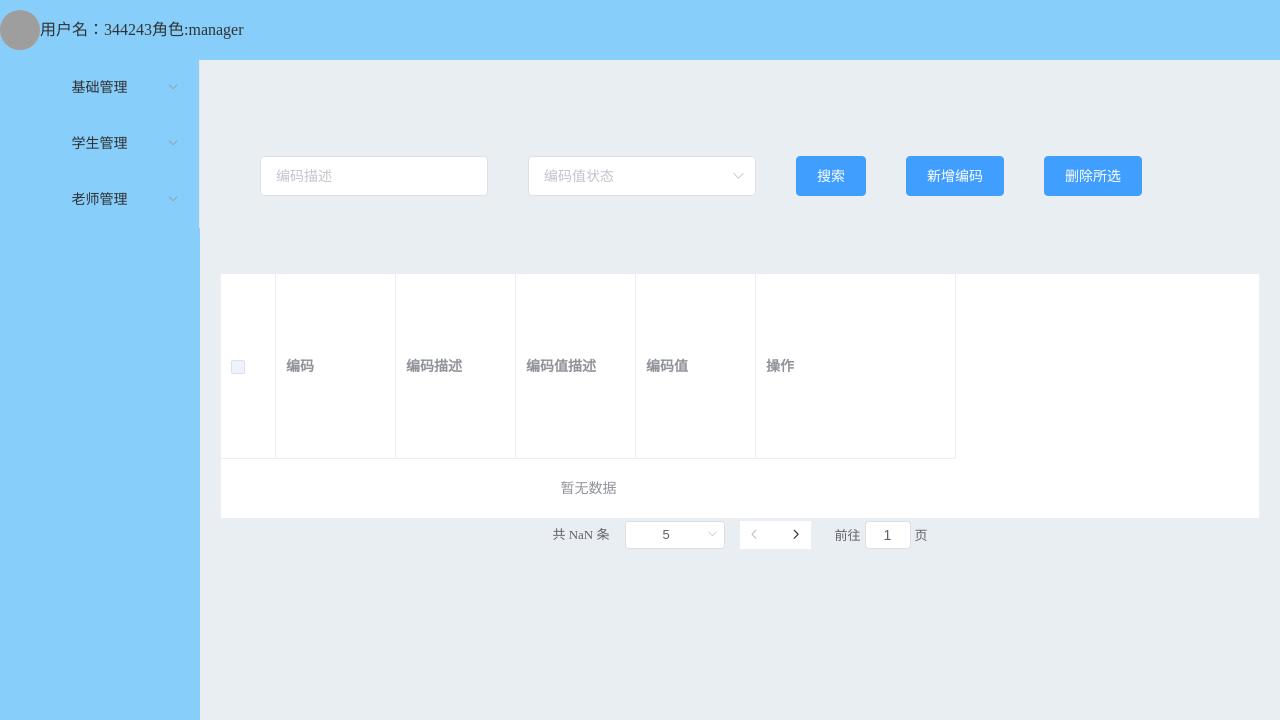
Repository: lwm9704/school-front
Page: /#/code
An editor plug-in stored every save of this project. The page is shown before and after the next save, followed by the edit.
The browser window is 1280 px wide. The pictures show the whole page.
Pictures or frames that could not be fetched are drawn as grey boxes. The page's requests for data from a server got no answer. The project was rebuilt for these pictures with package versions that can differ from the ones it lists, and the page was loaded fresh each time. No one was signed in, and anything a server would have sent is missing. Also part of the build but not shown: src/js/login.js, src/view/login.vue.

Above is the page before, as saved 2021-11-22 14:51:30.

### src/main.js
// The Vue build version to load with the `import` command
// (runtime-only or standalone) has been set in webpack.base.conf with an alias.
import Vue from 'vue'
import App from './App'
import router from './router'
import ElementUI from 'element-ui'
import 'element-ui/lib/theme-chalk/index.css'
import Vuex from 'vuex'
import './assets/css/global.css'

Vue.config.productionTip = false
Vue.use(ElementUI)
Vue.use(Vuex)

/* eslint-disable no-new */
new Vue({
  el: '#app',
  router,
  components: { App },
  template: '<App/>'
})

### src/router/index.js

import Vue from 'vue'
import Router from 'vue-router'
import Login from '@/view/login'
import Home from '../view/home'


Vue.use(Router)

export default new Router({
  routes: [
    {
      path: '/',
      redirect: '/login',
    },
    {
      path: '/login',
      name: 'login',
      component: Login
    },
    {
      path: '/home',
      name: 'home',
      component: Home,
      children: [
        {
          path: '/user',
          name: 'user',
          component: () => import('../view/user')
        },
        {
          path: '/code',
          name: 'code',
          component: () => import('../view/code')
        },
        {
          path: '/course',
          name: 'course',
          component: () => import('../view/course')
        },
        {
          path: '/grade',
          name: 'grade',
          component: () => import('../view/grade')
        },
        {
          path: '/lecture',
          name: 'lecture',
          component: () => import('../view/lecture')
        },
        {
          path: '/member',
          name: 'member',
          component: () => import('../view/member')
        },
        {
          path: '/score',
          name: 'score',
          component: () => import('../view/score')
        },
        {
          path: '/teaching',
          name: 'teaching',
          component: () => import('../view/teaching')
        }
      ]
    },

  ]
})

### src/assets/css/global.css
html,body,#app,.el-container{
  /*设置内部填充为0，几个布局元素之间没有间距*/
  padding: 0px;
  /*外部间距也是如此设置*/
  margin: 0px;
  /*统一设置高度为100%*/
  height: 100%;
  }

### src/view/home.vue
<template>
  <div class="home">
    <el-container class="top">
      <el-header>
        <div class="header">
          <myHeader></myHeader>
        </div>
      </el-header>
      <el-container class="main">
        <el-aside width="200px" class="Aside">
          <leftMenu></leftMenu>
        </el-aside>
        <el-container>
          <el-main>
            <router-view></router-view>
          </el-main>
        </el-container>
      </el-container>
    </el-container>
  </div>
</template>
<script>
import req from "../js/home";
import leftMenu from "../components/leftMenu";
import myHeader from "../components/myHeader";
export default {
  components: {
    leftMenu,
    myHeader,
  },
  data(){
    return{
      userInfo:{
        userId:'12323',
        account:'344243',
        role:"manager"
      }
    }
  },
  mounted(){
    this.getUserInfo();
  },
  methods: {

    //获取并保存用户参数
    getUserInfo(){
      // sessionStorage.setItem("userInfo",JSON.stringify(this.$route.params.userInfo))
      // sessionStorage.setItem(this.userInfo)
    },
    //侧边栏的方法
    handleOpen(key, keyPath) {
      console.log(key, keyPath);
    },
    handleClose(key, keyPath) {
      console.log(key, keyPath);
    },
  },
  mounted() {},
};
</script>
<style lang="scss" scoped>
.el-header {
  background-color: #87cefa;
  color: #333;
  text-align: center;
  line-height: 60px;
  padding: 0;
}

.el-aside {
  background-color: #87cefa;
  color: #333;
  text-align: center;
  line-height: 200px;
}

.el-main {
  background-color: #e9eef3;
  color: #333;
  text-align: center;
  line-height: 160px;
}

body > .el-container {
  margin-bottom: 40px;
}
.home,.top,.main{
  height: 100%;
}
</style>

### src/view/code.vue
<template>
  <div>
    <div class="main-head" :model="search">
      <dl>
        <dd>
          <el-input
            v-model="search.codeDescription"
            placeholder="编码描述"
            clearable
          ></el-input>
        </dd>
      </dl>
      <dl>
        <dd>
          <el-select v-model="search.state" placeholder="编码值状态">
            <el-option
              v-for="item in state"
              :key="item.value"
              :label="item.label"
              :value="item.value"
            ></el-option>
          </el-select>
        </dd>
      </dl>
      <dl>
        <dd>
          <el-button type="primary" @click="searchData">搜索</el-button>
        </dd>
      </dl>
      <dl>
        <dd>
          <el-button type="primary" @click="addCode">新增编码</el-button>
        </dd>
      </dl>
      <dl>
        <dd>
          <el-button type="primary" @click="deleteDetailList"
            >删除所选</el-button
          >
        </dd>
      </dl>
    </div>

    <el-table
      ref="multipleTable"
      :data="tableData"
      tooltip-effect="dark"
      border
      style="width: 100%"
      @selection-change="handleSelectionChange"
    >
      <el-table-column type="selection" width="55"></el-table-column>
      <el-table-column label="编码" prop="codeNo" width="120"></el-table-column>
      <el-table-column
        label="编码描述"
        prop="codeDescription"
        width="120"
      ></el-table-column>
      <el-table-column
        prop="codeValueDescription"
        label="编码值描述"
        width="120"
      ></el-table-column>
      <el-table-column
        prop="codeValue"
        label="编码值"
        width="120"
        show-overflow-tooltip
      ></el-table-column>
      <el-table-column label="操作" width="200">
        <template slot-scope="scope">
          <el-button size="mini" @click="modifyCode(scope.row)"
            >编码编辑</el-button
          >
          <el-button size="mini" @click="addDetail(scope.row)"
            >新增编码详情</el-button
          >
          <el-button size="mini" @click="modifyDetail(scope.row)"
            >编码详情编码</el-button
          >
          <el-button size="mini" @click="deleteDetail(scope.row)"
            >删除编码详情编码</el-button
          >
        </template>
      </el-table-column>
    </el-table>

    <div class="footer">
      <el-pagination
        @size-change="handleSizeChange"
        @current-change="handleCurrentChange"
        :current-page="parseInt(pageInfo.currentPage)"
        :page-sizes="[100, 200, 300, 400]"
        :page-size="parseInt(pageInfo.pageSize)"
        layout="total, sizes, prev, pager, next, jumper"
        :total="parseInt(pageInfo.total)"
      ></el-pagination>
    </div>

    <!--编码-->
    <el-dialog :title="dialogInfo.title" :visible.sync="codeFormVisible">
      <el-form :model="codeForm" :rules="codeRules" :ref="codeForm">
        <el-form-item label="编码" :label-width="formLabelWidth">
          <el-input v-model="codeForm.codeNo" autocomplete="off"></el-input>
        </el-form-item>
        <el-form-item label="编码描述" :label-width="formLabelWidth">
          <el-input v-model="codeForm.description" autocomplete="off"></el-input>
        </el-form-item>
      </el-form>
      <div slot="footer" class="dialog-footer">
        <el-button @click="cancelCodeForm">取 消</el-button>
        <el-button type="primary" @click="saveCodeForm">确 定</el-button>
      </div>
    </el-dialog>
    <!--编码详情-->
    <el-dialog :title="dialogInfo.title" :visible.sync="detailFormVisible">
      <el-form :model="detailForm" :rules="detailRules" :ref="detailForm">
        <el-form-item label="编码值" :label-width="formLabelWidth">
          <el-input v-model="detailForm.codeValue" autocomplete="off"></el-input>
        </el-form-item>
        <el-form-item label="编码值描述" :label-width="formLabelWidth">
          <el-input v-model="detailForm.codeValueDescribe" autocomplete="off"></el-input>
        </el-form-item>
        <el-form-item label="状态" :label-width="formLabelWidth">
          <el-select v-model="detailForm.state" clearable placeholder="请选择">
            <el-option
              v-for="item in state"
              :key="item.value"
              :label="item.label"
              :value="item.value"
            ></el-option>
          </el-select>
        </el-form-item>
      </el-form>
      <div slot="footer" class="dialog-footer">
        <el-button @click="cancelDetailForm">取 消</el-button>
        <el-button type="primary" @click="saveDetailForm">确 定</el-button>
      </div>
    </el-dialog>
  </div>
</template>
<script>
import req from "../js/code";
export default {
  data() {
    return {
      //表内容数据
      tableData: [],
      multipleSelection: [],
      //显示页面条数
      pageInfo: {
        currentPage: "",
        total: "",
        pageSize: "",
      },
      dialogInfo: {
        type: "",
        title: "",
      },
      //编码表单
      codeFormVisible: false,
      codeForm: {
        codeNo: "",
        description: "",
      },
      codeRules: {
        code: [{ required: true, message: "请输入编码", trigger: "blur" }],
      },
      //详情表单
      detailFormVisible: false,
      detailForm: {
        codeValue: "",
        codeValueDescribe: "",
        state: "",
      },
      detailRules: {
        codeValue: [{ required: true, message: "请输入编码值", trigger: "blur" }],
        state: [{ required: true, message: "请选择状态", trigger: "blur" }],
      },
      formLabelWidth: "120px",
      //搜索，按钮
      search: {
        codeDescription: "",
        state: "",
        offset:"",
        limit:"",
      },
      state: [
        {
          value: 0,
          label: "禁用",
        },
        {
          value: 1,
          label: "启用",
        },
      ],
    };
  },
  mounted() {
    this.fetch();
  },
  methods: {
    //侧边栏的方法
    handleOpen(key, keyPath) {
      console.log(key, keyPath);
    },
    handleClose(key, keyPath) {
      console.log(key, keyPath);
    },
    //多选
    handleSelectionChange(row) {
      this.multipleSelection = row;
    },

    //选页的相关方法
    handleSizeChange(pageSize) {
      this.pageInfo.pageSize = pageSize;
      console.log(`每页 ${pageSize} 条`);
    },
    handleCurrentChange(currentPage) {
      this.pageInfo.currentPage = currentPage;
      console.log(`当前页: ${currentPage}`);
    },
    //刷新页面
    fetch() {
      this.pageInfo.pageSize = 5;
      this.pageInfo.currentPage = 1;
      this.searchData();
    },
    //搜索
    searchData() {
      this.search.offset = this.pageInfo.currentPage;
      this.search.limit = this.pageInfo.pageSize;
      req("selectData", {
        ...this.search
      }).then((data) => {
        console.log(data.data);
        this.tableData = data.data.list;
        // this.pageInfo.pageSize = data.data.offset;
        // this.pageInfo.currentPage = data.data.limit;
        // this.pageInfo.total = data.data.total;
      });
    },
    //重置
    reset() {
      this.fetch();
      console.log("重置按钮被点击了");
    },
    addCode() {
      this.dialogInfo.type = "addCode";
      this.dialogInfo.title = "新增编码";
      this.codeFormVisible = true;
    },
    modifyCode(row) {
      this.codeForm = row;
      this.dialogInfo.type = "modifyCode";
      this.dialogInfo.title = "修改编码";
      this.codeFormVisible = true;
    },
    addDetail(row) {
      this.detailForm.codeId = row.codeId;
      this.dialogInfo.type = "addDetail";
      this.dialogInfo.title = "新增编码详情";
      console.log()
    },
    modifyDetail(row) {
      this.detailForm.codeId = row.codeId;
      this.detailForm.value = row.value;
      this.detailForm.describe = row.describe;
      this.detailForm.state = row.state;
      this.dialogInfo.type = "modifyDetail";
      this.dialogInfo.title = "修改编码值";
      this.detailFormVisible = true;
    },
    saveCodeForm() {
      this.$refs[this.codeForm].validate((valid) => {
        // console.log(this.$refs[this.codeForm])\
        console.log(this.dialogInfo.type)
        if (valid) {
          if (this.dialogInfo.type === "addCode") {
            console.log(2)
            req("insertData", { ...this.codeForm }).then((data) => {
              console.log(data.data);
              if (data.code === 1) {
                this.$message.success(data.msg);
                this.fetch();
                this.$refs[this.codeForm].resetFields();
                this.codeFormVisible = false;
              } else {
                this.$message.error(data.data.msg);
              }
            });
          }
          if (this.dialogInfo.type === "modifyCode") {
            req("updateData", { ...codeForm }).then((data) => {
              console.log(data.data);
              if (data.data.code === 1) {
                this.$message.success(data.data.msg);
                this.fetch();
                this.$refs[this.codeForm].resetFields();
                this.codeFormVisible = false;
              } else {
                this.$message.error(data.data.msg);
              }
            });
          }
        }
      });
    },
    cancelCodeForm() {
      this.$refs[this.codeForm].resetFields();
      this.codeFormVisible = false;
    },

    saveDetailForm() {
      this.$refs[this.detailForm].validate((valid) => {
        if (valid) {
          if (this.dialogInfo.type === "addDetail") {
            req("insertDetailData", { ...this.detailForm }).then((data) => {
              console.log(data.data);
              if (data.data.code === 1) {
                this.$message.success(data.data.msg);
                this.fetch();
                this.$refs[this.detailForm].resetFields();
                this.detailFormVisible = false;
              } else {
                this.$message.error(data.data.msg);
              }
            });
          }
          if (this.dialogInfo.type === "modifyDetail") {
            req("updateDetailData", { ...detailForm }).then((data) => {
              console.log(data.data);
              if (data.data.code === 1) {
                this.$message.success(data.data.msg);
                this.fetch();
                this.$refs[this.detailForm].resetFields();
                this.detailFormVisible = false;
              } else {
                this.$message.error(data.data.msg);
              }
            });
          }
        }
      });
    },
    cancelDetailForm() {
      this.$refs[this.detailForm].resetFields();
      this.detailFormVisible = false;
    },

    deleteDetail(row) {
      this.$confirm("此操作将永久删除该文件,是否继续?").then(() => {
        let codeDetailId = row.codeDetailId.toString();
        req("deleteDetailData", { codeDetailId: codeDetailId }).then((data) => {
          this.$message.success(data.data.msg);
          this.fetch();
        });
      });
    },
    deleteDetailList() {
      if (this.multipleSelection.length === 0) {
        this.$message.info("请选择需要删除的数据");
        return;
      }
      this.$confirm("此操作将永久删除该文件,是否继续?").then(() => {
        let codeDetailIdList = this.multipleSelection
          .map((item) => {
            return item.codeDetailId;
          })
          .toString();
        req("deleteDetailData", { codeDetailId: codeDetailIdList }).then(
          (data) => {
            this.$message.success(data.data.msg);
            this.fetch();
          }
        );
      });
    },
  },
};
</script>

<style lang="scss" scoped>
.main-head {
  display: flex;
  flex-direction: row;
}
</style>

### src/js/home.js
import req from "../fect/rquestConfig";

const config = {
    getUserInfo: {
        url: '/user/selectOfCondition',
        method: 'get'
    },
}
const request = function (funcName, requestParam) {
    return req(config[funcName].url, config[funcName].method, requestParam, {}, config[funcName].fileConfig)
}
export default request

### src/components/leftMenu.vue
<template>
  <div>
    <el-menu
      class="el-menu-vertical-demo"
      :default-active="this.$router.path"
      router
      background-color="#87CEFA"
      @open="handleOpen"
      @close="handleClose"
    >
      <el-submenu
        v-for="(item, index) in menuList"
        :index="index + ''"
        :key="item.labe"
      >
        <template slot="title">{{ item.labe }}</template>
        <div v-if="item.children">
          <el-menu-item
            v-for="items in item.children"
            :index="items.path"
            :key="items.path"
          >
            <template slot="title">
              {{ items.labe }}
            </template>
          </el-menu-item>
        </div>
      </el-submenu>
    </el-menu>
  </div>
</template>

<script>
// import router from 'vue-router'
export default {
  name: "leftMenu",
  props: [],
  data() {
    return {
      menuList: [
        {
          index: "1",
          labe: "基础管理",
          children: [
            {
              index: "1 - 1",
              labe: "编码管理",
              path: "/code",
            },
            {
              index: "1 - 2",
              labe: "用户管理",
              path: "/user",
            },
            {
              index: "1 - 3",
              labe: "班级管理",
              path: "/grade",
            },
            {
              index: "1 - 4",
              labe: "课程管理",
              path: "/course",
            },
          ],
        },
        {
          index: "2",
          labe: "学生管理",
          children: [
            {
              index: "2 - 1",
              labe: "学生家庭成员管理",
              path: "/member",
            },
            {
              index: "2 - 2",
              labe: "考试成绩管理",
              path: "/score",
            },
          ],
        },
        {
          index: "3",
          labe: "老师管理",
          children: [
            {
              index: "3 - 1",
              labe: "教学管理",
              path: "/teaching",
            },
            {
              index: "3 - 2",
              labe: "授课管理",
              path: "/lecture",
            },
          ],
        },
      ],
    };
  },
  methods: {
    // handlerSelect(key, path) {
    // console.log(key,path)
    // if (path !== this.$route.path) {
    //   this.$router.replace({path:'path'});
    //   // this.$router.push({path: key, query: {}})
    // }
    // // this.$router.push({name: key, params: {}})
    // console.log(key);
    // console.log(path);
    // this.$emit('select', key,path);
    // },
    handleOpen(key, keyPath) {
      console.log(key, keyPath);
    },
    handleClose(key, keyPath) {
      console.log(key, keyPath);
    },
  },
};
</script>

<!-- Add "scoped" attribute to limit CSS to this component only -->
<style scoped>
</style>

### src/components/myHeader.vue
<template>
  <div class="myHeader">
    <div class="userInfo">
      <div class="avatar">
        <el-avatar
          src="https://cube.elemecdn.com/0/88/03b0d39583f48206768a7534e55bcpng.png"
        ></el-avatar>
      </div>
      <div class="charInfo">
        <span>用户名：{{this.userInfo.account}}</span>
        <span>角色:{{this.userInfo.role}}</span>
      </div>
    </div>
  </div>
</template>
<script>
export default {
  name: "myHeader",
  props: [],
  data() {
    return {
      userInfo: {
        userId: "12323",
        account: "344243",
        role: "manager",
      },
    };
  },
  methods: {
    getUserInfo() {
      // this.userInfo = JSON.parse(sessionStorage.getItem('userInfo'))
    },
  },
  mounted() {
    this.getUserInfo();
  },
};
</script>
<style lang="scss" scoped>
.myHeader{
  background-color:#87CEFA;
  height: 60px;
}
.userInfo {
    display: flex;
    flex-direction: row;
    height: 60px;
    .avatar{
      padding-top: 10px;
    }
}
</style>

### src/js/code.js
import req from '../fect/rquestConfig'
const config = {
    selectData: {
        url: '/code/queryAll',
        method: 'get'
    },
    insertData: {
        url: '/code/insertCode',
        method: 'post'
    },
    updateData: {
        url: '/code/updateCode',
        method: 'post'
    },
    deleteData: {
        url: '/code/deleteCodeById',
        method: 'post'
    },

    selectDetailData: {
        url: '/codeDetailed/queryAll',
        method: 'get'
    },
    insertDetailData: {
        url: '/codeDetailed/insertCodeDetailed',
        method: 'post'
    },
    updateDetailData: {
        url: '/codeDetailed/updateCodeDetailed',
        method: 'post'
    },
    deleteDetailData: {
        url: "/codeDetailed/deleteCodeDetailedById",
        method: 'post'
    }
}
const request = function (funcName, requestParam) {
    return req(config[funcName].url, config[funcName].method, requestParam, {}, config[funcName].fileConfig)
}
export default request

### src/fect/rquestConfig.js
import axios from 'axios'
import { throwErr } from './throwErr'

// const urlHead = 'http://305o99f251.wicp.vip'
const urlHead = '/api'
const qs = require('qs')

/**
 *
 * @param {String} url 请求路径
 * @param {String} method 请求方法
 * @param {Object} params 请求参数
 * @param {Object} requestHeader 请求头
 * @param {Object} fileConfig ---> {type, fileName} 导出配置 ---> 导出类型, 文件名称
 */
const req = function (url, method, params, requestHeader, fileConfig = {}) {

    Proxy:{
        '/js'
    }
    let instance = axios.create({
        baseURL: urlHead,
        timeout: 60000
    })

    // 添加请求拦截器
    instance.interceptors.request.use(config => {
        return config
    }, error => {
        return Promise.reject(error)
    })

    let requestConfig = {
        url: url,
        method: method,
        //将header、params、token复制到目标
        // params: Object.assign({}, params, { access_token: JSON.parse(sessionStorage.getItem('userInfo')).access_token }),
        // data: qs.stringify(Object.assign({}, params, { access_token: JSON.parse(sessionStorage.getItem('userInfo')).access_token })),
        params: Object.assign({}, params),
        data:qs.stringify(Object.assign({},params)),
        headers: {},
        responseType: fileConfig.type === 'file' ? 'blob' : ''
    }

    let getReg = /get|GET/
    let postReg = /post|POST/

    let fileData = {}

    let timer = null

    // 请求类型为导出时，添加vuex状态管理，定时修改vuex对应记录，请求完成或者请求报错时，停止定时器
    if (fileConfig.type === 'file') {
        fileData = {
            fileId: new Date().getTime(),
            fileName: fileConfig.fileName,
            fileLoadTime: 0,
            fileStatus: 'downloading',
            errorInfo: '',
            fileUrl: null
        }

    }

    if (getReg.test(requestConfig.method)) {
        delete requestConfig.data
        requestConfig.headers['Content-Type'] = 'application/json'
    } else if (postReg.test(requestConfig.method)) {
        delete requestConfig.params
        requestConfig.headers['Content-Type'] = 'application/x-www-form-urlencoded'
    }

    // 添加响应拦截器
    instance.interceptors.response.use(response => {
        clearInterval(timer)
        timer = null

        if (response.status === 200) {
            if (fileConfig.type === 'file') {
                fileData.fileStatus = 'success'
                fileData.fileUrl = window.URL.createObjectURL(new Blob([response.data]))
                // store.commit('changeExportFileList', fileData)
            }

            return response.data
        } else {
            if (fileConfig.type === 'file') {
                fileData.fileStatus = 'error'
                // store.commit('changeExportFileList', fileData)
            }

            throw new Error(throwErr(response))
        }
    }, error => {
        clearInterval(timer)
        timer = null

        if (fileConfig.type === 'file') {
            fileData.fileStatus = 'error'
            // store.commit('changeExportFileList', fileData)
        }

        return Promise.reject(error)
    })

    return instance(requestConfig)
}

export default req

### src/fect/throwErr.js
// axios错误信息匹配
export const throwErr = (response) => {
    let message = '请求错误'
    switch (response.status) {
        case 400:
            message = '请求错误'
            break
        case 401:
            message = '未授权，请登录'
            break
        case 403:
            message = '拒绝访问'
            break
        case 404:
            message = `请求地址出错: ${response.config.url}`
            break
        case 408:
            message = '请求超时'
            break
        case 500:
            message = '服务器内部错误'
            break
        case 501:
            message = '服务未实现'
            break
        case 502:
            message = '网关错误'
            break
        case 503:
            message = '服务不可用'
            break
        case 504:
            message = '网关超时'
            break
        case 505:
            message = 'HTTP版本不受支持'
            break
        default:
    }
    return '错误码:' + response.status + ' ' + '错误信息:' + message
}

Loaded but not shown: index.html (common file); src/App.vue (common file)

After the next save:
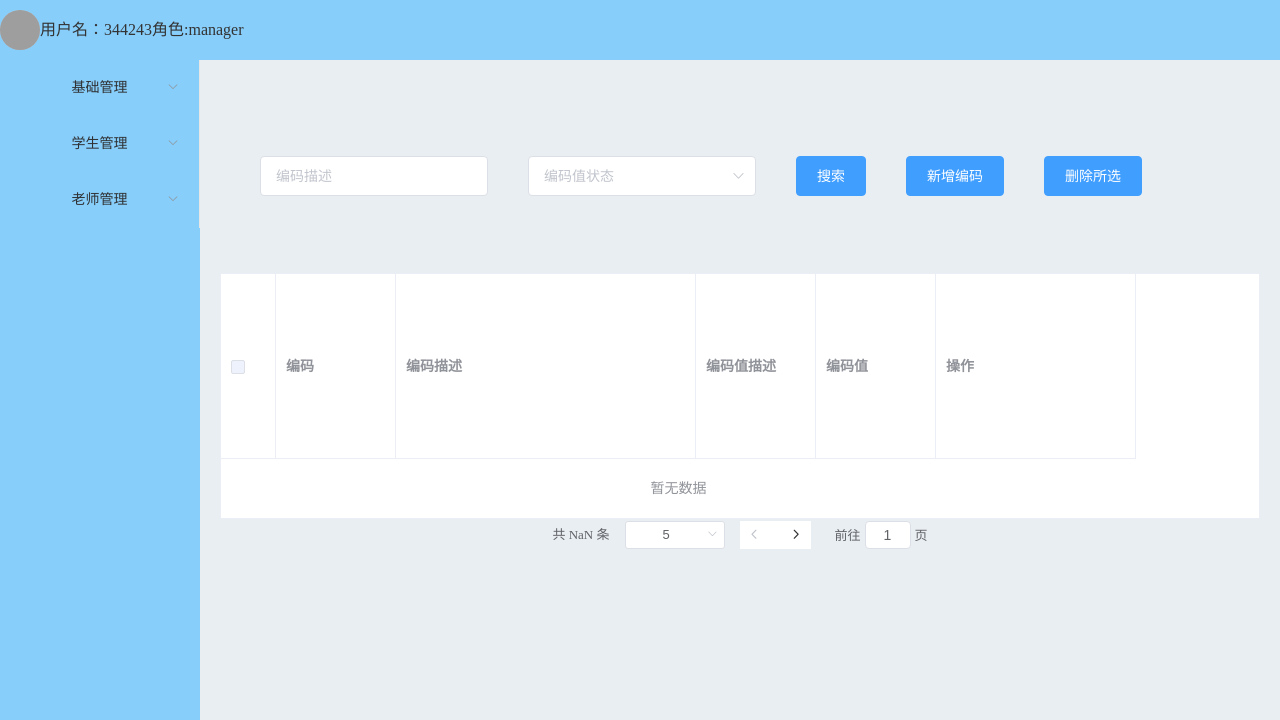
Saved 26 s later.
--- a/src/view/code.vue
+++ b/src/view/code.vue
@@ -54,7 +54,7 @@
       <el-table-column
         label="编码描述"
         prop="codeDescription"
-        width="120"
+        width="300"
       ></el-table-column>
       <el-table-column
         prop="codeValueDescription"
